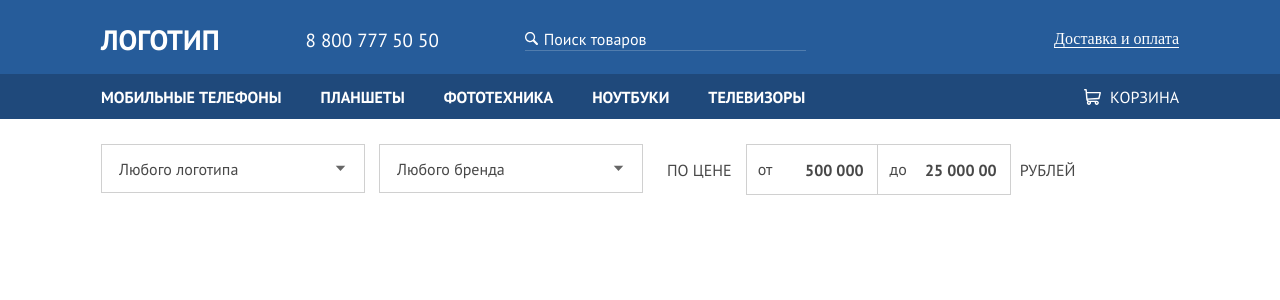
Repository: sem1103/WEBCompany
Page: index.html
The author's editor kept a copy of each file at every save. The page is drawn from the files as they stood at one save, then again after the next save.
The browser window is 1280 px wide. The pictures show the whole page.

Above is the page before, as saved 2024-01-11 22:01:00.

### index.html
<!DOCTYPE html>
<html lang="en">

<head>
    <meta charset="UTF-8">
    <meta name="viewport" content="width=device-width, initial-scale=1.0">
    <title>Интернет магазин</title>

    <link rel="preconnect" href="https://fonts.googleapis.com">
    <link rel="preconnect" href="https://fonts.gstatic.com" crossorigin>
    <link href="https://fonts.googleapis.com/css2?family=PT+Sans:wght@400;700&display=swap" rel="stylesheet">

    <link rel="stylesheet" href="styles/reset.css">
    <link rel="stylesheet" href="styles/main.css">
</head>

<body>
    <div id="page">
        <header>
            <div class="container">
                <div class="header__logo">
                    <span>ЛОГОТИП</span>
                </div>
                <p class="phone__number"><a href="tel:+78007775050">8 800 777 50 50</a></p>
                <div class="search__items">
                    <button>
                        <svg xmlns="http://www.w3.org/2000/svg" width="13" height="13" viewBox="0 0 13 13" fill="none">
                            <path
                                d="M8.68135 1.48741C6.69814 -0.495804 3.4703 -0.495804 1.48709 1.48741C-0.495696 3.47106 -0.495696 6.69846 1.48709 8.6821C3.2532 10.4478 6.00382 10.6369 7.98574 9.25819C8.02744 9.45553 8.12289 9.64383 8.27637 9.79731L11.1646 12.6855C11.5855 13.1055 12.2656 13.1055 12.6843 12.6855C13.1048 12.265 13.1048 11.5849 12.6843 11.1657L9.79613 8.27669C9.64351 8.1245 9.45477 8.02863 9.25744 7.98692C10.6371 6.00457 10.4479 3.25438 8.68135 1.48741ZM7.76949 7.77024C6.28885 9.25089 3.87916 9.25089 2.39895 7.77024C0.919166 6.2896 0.919166 3.88034 2.39895 2.3997C3.87916 0.919489 6.28885 0.919489 7.76949 2.3997C9.25013 3.88034 9.25013 6.2896 7.76949 7.77024Z"
                                fill="white" />
                        </svg>
                    </button>
                        <input type="text" name="itemName" placeholder="Поиск товаров">

                </div>
                <p class="delivery"><a href="">Доставка и оплата</a></p>
                <a href="" class="mobile__cart">
                    <svg xmlns="http://www.w3.org/2000/svg" width="21" height="20" viewBox="0 0 21 20" fill="none">
                        <path d="M20.1372 3.64139H3.71775L3.47368 0.816059C3.43376 0.354025 3.0611 0 2.61469 0H0.862433C0.386124 0 0 0.401223 0 0.896159C0 1.39109 0.386124 1.79232 0.862433 1.79232H1.82622C2.35292 7.8897 0.991675 -7.86977 2.81815 13.2755C2.88854 14.1031 3.31889 15.0012 4.06025 15.6114C2.72361 17.3851 3.94489 20 6.11917 20C7.92379 20 9.19662 18.1298 8.57776 16.3584H13.298C12.6799 18.1275 13.95 20 15.7566 20C17.1983 20 18.3713 18.7812 18.3713 17.2831C18.3713 15.7849 17.1983 14.5661 15.7566 14.5661H6.125C5.46988 14.5661 4.89899 14.1554 4.65258 13.557L18.4354 12.7153C18.8117 12.6924 19.13 12.4181 19.2215 12.0381L20.9739 4.75489C21.1097 4.19014 20.6983 3.64139 20.1372 3.64139ZM6.11917 18.2077C5.62857 18.2077 5.22939 17.7929 5.22939 17.2831C5.22939 16.7732 5.62857 16.3584 6.11917 16.3584C6.60981 16.3584 7.009 16.7732 7.009 17.2831C7.009 17.7929 6.60981 18.2077 6.11917 18.2077ZM15.7565 18.2077C15.2659 18.2077 14.8667 17.7929 14.8667 17.2831C14.8667 16.7732 15.2659 16.3584 15.7565 16.3584C16.2472 16.3584 16.6464 16.7732 16.6464 17.2831C16.6464 17.7929 16.2472 18.2077 15.7565 18.2077ZM17.7018 10.9648L4.42042 11.7758L3.87257 5.43367H19.0326L17.7018 10.9648Z" fill="white"/>
                      </svg>
                </a>
            </div>

            <nav>
                <ul class="container">
                    <li><a href="">МОБИЛЬНЫЕ ТЕЛЕФОНЫ</a></li>
                    <li><a href="">ПЛАНШЕТЫ</a></li>
                    <li><a href="">ФОТОТЕХНИКА</a></li>
                    <li><a href="">НОУТБУКИ</a></li>
                    <li><a href="">ТЕЛЕВИЗОРЫ</a></li>

                    <li class="desc__cart"><a href="">
                       <svg xmlns="http://www.w3.org/2000/svg" width="17" height="16" viewBox="0 0 17 16" fill="none">
                            <path d="M16.3015 2.91311H3.0096L2.81202 0.652847C2.77971 0.28322 2.47804 0 2.11666 0H0.69816C0.312576 0 0 0.320979 0 0.716927C0 1.11288 0.312576 1.43385 0.69816 1.43385H1.47837C1.90475 6.31176 0.802785 -6.29581 2.28136 10.6204C2.33834 11.2825 2.68672 12.0009 3.28687 12.4891C2.20482 13.9081 3.19349 16 4.95361 16C6.4145 16 7.44488 14.5038 6.9439 13.0868H10.765C10.2647 14.502 11.2928 16 12.7553 16C13.9224 16 14.872 15.0249 14.872 13.8264C14.872 12.628 13.9224 11.6529 12.7553 11.6529H4.95834C4.428 11.6529 3.96585 11.3243 3.76638 10.8456L14.9239 10.1723C15.2285 10.1539 15.4862 9.93446 15.5603 9.63048L16.9789 3.80391C17.0888 3.35211 16.7558 2.91311 16.3015 2.91311ZM4.95361 14.5661C4.55646 14.5661 4.23331 14.2343 4.23331 13.8264C4.23331 13.4186 4.55646 13.0868 4.95361 13.0868C5.3508 13.0868 5.67395 13.4186 5.67395 13.8264C5.67395 14.2343 5.3508 14.5661 4.95361 14.5661ZM12.7553 14.5661C12.3581 14.5661 12.035 14.2343 12.035 13.8264C12.035 13.4186 12.3581 13.0868 12.7553 13.0868C13.1525 13.0868 13.4756 13.4186 13.4756 13.8264C13.4756 14.2343 13.1525 14.5661 12.7553 14.5661ZM14.33 8.77181L3.57844 9.42062L3.13494 4.34693H15.4073L14.33 8.77181Z" fill="white"/>
                          </svg>
                        КОРЗИНА</a></li>
                </ul>
            </nav>
        </header>

        <main>
            <div class="filter-title container">
                <div  id="logo__filter" class="filter">
                    <p class="display"></p>
                    <div class="list"></div>
                </div>

                <div  id="brand__filter" class="filter">
                    <p class="display"></p>
                    <div class="list"></div>
                </div>

                <div class="price__filter">
                    <p>ПО ЦЕНЕ</p>

                    <div class="price__values">
                        <div class="price__from">
                            <p>от</p>
                            <input type="number" name="fromPrice" placeholder="500 000" >
                        </div>
                        <div class="price__to">
                            <p>до</p>
                            <input type="number" name="toPrice" placeholder="25 000 00" >
                        </div>
                    </div>
                    <p>РУБЛЕЙ</p>
                </div>
            </div>
        </main>

    </div>


    <script>
        document.addEventListener('DOMContentLoaded', ()=>{
            const logoList = [
                'Любого логотипа',
                'Компакт-камера',
                'Беззеркальная',
                'Зеркальная',
                'Среднеформатная'
            ]
            const brandList = [
                'Любого бренда',
                'Canon',
                'Nikon',
                'Sony',
                'Fujifilm',
                'Samsung',
                'Olympus'
            ]

            const logoFilter = document.getElementById('logo__filter');
            const brandFilter = document.getElementById('brand__filter');



            function setFilter(array, filter){
                const display = filter.querySelector('.display');
                const list = filter.querySelector('.list');
                display.innerText = array[0];

                array.forEach(item => {
                    let p = document.createElement('p');
                    p.innerText = item;
                    p.onclick = ()=>{
                        changeListFilter(filter,list, p.innerText);
                    };
                    list.append(p);
                    if(display.innerText == item){
                       p.style.display = 'none';
                    }
                });
                display.onclick = ()=>{
                    showHideList(filter,list);
                };
            }

            function showHideList(filter,list){
                filter.classList.toggle('active__list');
            }

            function changeListFilter(filter, list, name){
                const listItems = list.querySelectorAll('p');
                const display = filter.querySelector('.display');
                display.innerText = name;
                listItems.forEach(item =>{
                    item.style.display = 'block';
                    if(display.innerText == item.innerText) item.style.display = 'none'
                })
                showHideList(filter, list)

            }

            setFilter(logoList, logoFilter);
            setFilter(brandList, brandFilter);

        })
    </script>
</body>

</html>

### styles/reset.css
:root{
    --blue: #265C9A;
    --darkBlue: #1F497B;
    --yellow: #FBFF3D;
    --fontPT: 'PT Sans'
 }
html{
    scroll-behavior: smooth;
}
html,
body,
div,
span,
applet,
object,
iframe,
h1,
h2,
h3,
h4,
h5,
h6,
p,
blockquote,
pre,
a,
abbr,
acronym,
address,
big,
cite,
code,
del,
dfn,
em,
img,
ins,
kbd,
q,
s,
samp,
small,
strike,
strong,
sub,
sup,
tt,
var,
b,
u,
i,
center,
dl,
dt,
dd,
ol,
ul,
li,
fieldset,
form,
label,
legend,
table,
caption,
tbody,
tfoot,
thead,
tr,
th,
td,
article,
aside,
canvas,
details,
embed,
figure,
figcaption,
footer,
header,
hgroup,
menu,
nav,
output,
ruby,
section,
summary,
time,
mark,
audio,
video {
    margin: 0;
    padding: 0;
    border: 0;
    font-size: 100%;
    font: inherit;
    vertical-align: baseline
}

article,
aside,
details,
figcaption,
figure,
footer,
header,
hgroup,
menu,
nav,
section {
    display: block
}

body {
    line-height: 1;
}

ol,
ul {
    list-style: none
}

blockquote,
q {
    quotes: none
}

blockquote:before,
blockquote:after,
q:before,
q:after {
    content: '';
    content: none
}

table {
    border-collapse: collapse;
    border-spacing: 0
}

a {
    text-decoration: none;
    color: inherit;
    transition: all .3s ease-in-out
}

a:hover {
    color: #365edc;
}

* {
    box-sizing: border-box
}

main img{
    width: 100%;
    height: auto;
}

### styles/main.css


.container{
    max-width: 1078px;
    margin: 0 auto;
}
header{
    background: var(--blue);
}
nav{
    background: var(--darkBlue);
}
header > div{
    display: flex;
    align-items: center;
    padding: 21px 0 16px 0;
}
header a:hover{
    color: var(--yellow);
}
.header__logo span{
    font:700 28px var(--fontPT);
    color: #fff;
}
.phone__number{
    margin: 0 86px;
    font: 19px var(--fontPT);
    color: #fff;
}
.search__items{
    border-bottom: 1px solid #517DAE;
    max-width: 281px;
    width: 100%;
}
.search__items button{
    background-color: transparent;
    border: 0;
    padding: 0;
    margin: 0;
    cursor: pointer;
}
.search__items input{
    font: 16px var(--fontPT);
    background-color: transparent;
    border: 0;
    outline: 0;
    color: #fff;
}
.search__items input::placeholder{
    color: #fff;
}
.delivery{
    margin: 0 0 0 auto;
    color: #fff;
    border-bottom: 1px solid #fff;
}


.mobile__cart{
    display: none;
}


nav ul{
    display: flex;
    color: #fff;
    padding: 13px 0 12px 0;
}
nav li{
    margin: 0 39px 0 0;
    font: 700 16px var(--fontPT);
}
.desc__cart{
    margin: 0 0 0 auto;
    font-weight: 400;
}
.desc__cart a{
    display: flex;
    align-items: center;
}
.desc__cart svg{
    margin: 0 9px 0 0 ;
}


/*Filter*/
.filter-title{
    padding: 25px 0 23px 0;
    display: flex;
    align-items: start;
}
.filter-title p{
    color: #484848;
    font: 16px var(--fontPT);
}
.price__filter{
    display: flex;
    align-items: center;

}

.filter{
    font: 16px var(--fontPT);
    color: #484848;
    cursor: pointer;
    max-width: 264px;
    width: 100%;
    outline: 0;
    border: 1px solid #D0D0D0;
    overflow: hidden;
    position: relative;
}

#brand__filter{
    margin: 0 24px 0 14px;
}
.display{
    padding: 14px 0 12px 0;
    border-bottom: 1px solid transparent;
    margin: 0 17px;
    position: relative;
}
.display::after{
    content: '';
    width: 13px;
    height: 12px;
    background-image: url("data:[embedded picture, 195 characters]");
    display: block;
    position: absolute;
    right: 0;
    top: 50%;
    transform: translateY(-50%);
    transition: all .3s ease-in-out;
}

.list{
    display: none;
    margin: 7px 0;
}
.list p{
    cursor: pointer;
    transition: all .3s ease-in-out;
    padding: 7px 17px;
}
.list p:hover{
    background: #E8EEFF;
}
.active__list{
    box-shadow: 0px 0px 6px 0px rgba(0, 0, 0, 0.15);
}
.active__list .list{
    display: block;
}
.active__list .display{
    border-color: #D0D0D0;
}

.active__list .display::after{
    transform: translateY(-50%) rotate(180deg);
}

.price__from, .price__to{
    display: flex;
}
.price__from{
    padding: 14px 11px 13px 11px;
}
.price__to{
    border-left: 1px solid #D0D0D0;
    padding: 14px 11px 13px 12px;
}

.price__values{
    display: flex;
    border: 1px solid #D0D0D0;
    max-width: 265px;
    width: 100%;

}
.price__values input{
    border: 0;
    text-align: right;
    font: 700 16px var(--fontPT);
    color: #484848;
    width: 100%;
    outline: 0;
}
.price__values input::placeholder{
    color: #484848;
}
.price__values p{
    margin: 0 14px 0 0;
}
.price__filter > p:first-child{
    margin: 0 14px 0 0;
}

.price__filter > p:last-child{
    margin: 0 0 0 9px;
}
input[type="number"]::-webkit-inner-spin-button,
input[type="number"]::-webkit-outer-spin-button {
  -webkit-appearance: none;
  margin: 0;
}

input[type="number"] {
  -moz-appearance: textfield;
}

After the next save:
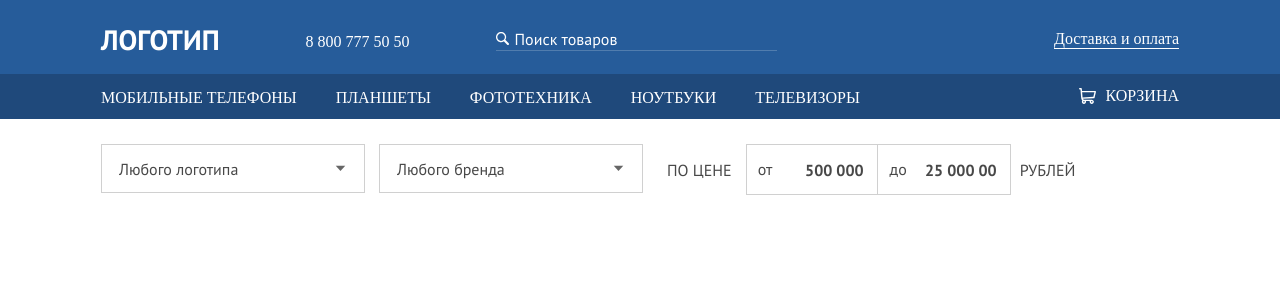
Saved 109 s later.
--- a/styles/reset.css
+++ b/styles/reset.css
@@ -140,7 +140,8 @@
 a {
     text-decoration: none;
     color: inherit;
-    transition: all .3s ease-in-out
+    transition: all .3s ease-in-out;
+    font: initial;
 }
 
 a:hover {

After the save that followed:
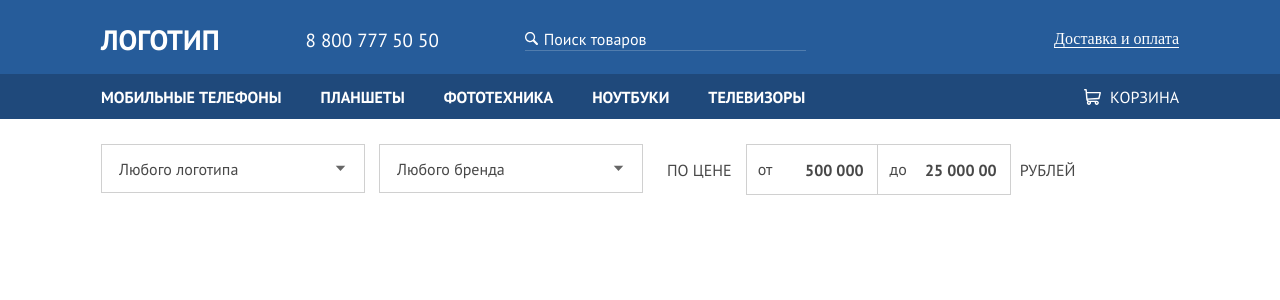
Saved 10 s later.
--- a/styles/reset.css
+++ b/styles/reset.css
@@ -141,7 +141,7 @@
     text-decoration: none;
     color: inherit;
     transition: all .3s ease-in-out;
-    font: initial;
+    font: inherit;
 }
 
 a:hover {
